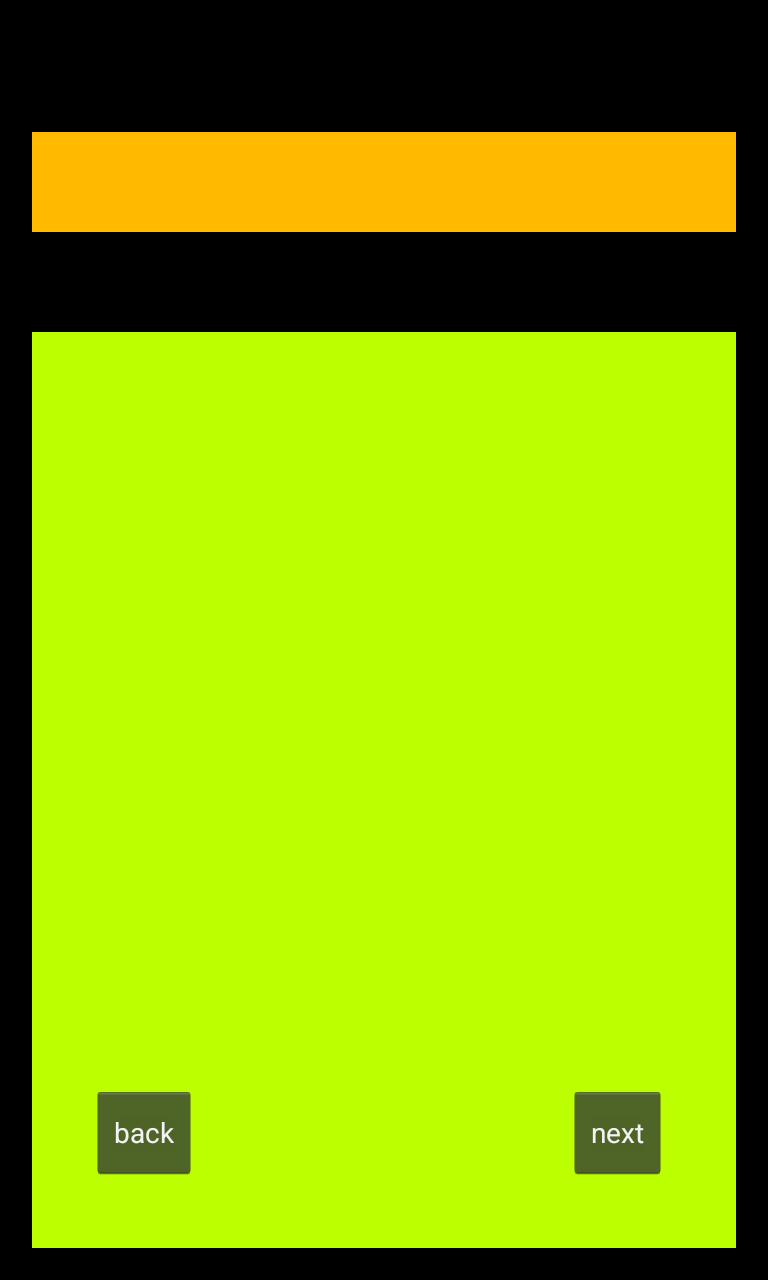
Repository: sbobhate/Android-Applications
Layout: Orient/res/layout/activity_instructions.xml
The author's editor kept a copy of each file at every save. The layout is drawn from the files as they stood at one save, then again after a run of saves.
It is drawn on a 768 x 1280 px phone screen (xhdpi) without system bars, with theme AppTheme; the app's code is not run.

Above is the layout before, as saved 2014-02-19 13:27:29.

### Orient/res/layout/activity_instructions.xml
<RelativeLayout xmlns:android="http://schemas.android.com/apk/res/android"
    xmlns:tools="http://schemas.android.com/tools"
    android:layout_width="match_parent"
    android:layout_height="match_parent"
    android:paddingBottom="@dimen/activity_vertical_margin"
    android:paddingLeft="@dimen/activity_horizontal_margin"
    android:paddingRight="@dimen/activity_horizontal_margin"
    android:paddingTop="@dimen/activity_vertical_margin"
    tools:context=".Instructions"
    android:id="@+id/main_layout" >

    <!-- <fragment
        android:id="@+id/fragment1"
        android:layout_width="wrap_content"
        android:layout_height="wrap_content"
        android:name="com.example.orient.Fragment1"
        />	-->

    <TextView
        android:id="@+id/textView1"
        android:layout_width="match_parent"
        android:layout_height="50dp"
        android:layout_alignParentTop="true"
        android:layout_centerHorizontal="true"
        android:layout_marginTop="50dp"
        android:textAppearance="?android:attr/textAppearanceLarge"
        android:background="#FFBB00"
        android:layout_gravity="center_horizontal"
        android:textColor="#000000"
        />

    <TextView
        android:id="@+id/textView2"
        android:layout_width="match_parent"
        android:layout_height="fill_parent"
        android:layout_centerHorizontal="true"
        android:layout_below="@+id/textView1"
        android:layout_marginTop="50dp"
        android:textAppearance="?android:attr/textAppearanceLarge"
        android:background="#BBFF00"
        android:textColor="#000000"
        />

    <Button
        android:id="@+id/button1"
        style="?android:attr/buttonStyleSmall"
        android:layout_width="wrap_content"
        android:layout_height="wrap_content"
        android:layout_alignParentBottom="true"
        android:layout_alignParentLeft="true"
        android:layout_marginBottom="34dp"
        android:layout_marginLeft="29dp"
        android:text="back"
        android:onClick="decrease" />

    <Button
        android:id="@+id/button2"
        style="?android:attr/buttonStyleSmall"
        android:layout_width="wrap_content"
        android:layout_height="wrap_content"
        android:layout_alignBaseline="@+id/button1"
        android:layout_alignBottom="@+id/button1"
        android:layout_alignParentRight="true"
        android:layout_marginRight="34dp"
        android:text="next"
        android:onClick="increase" />

</RelativeLayout>

Loaded but not shown: Orient/res/values/styles.xml (common file); Orient/res/values-v11/styles.xml (common file); Orient/res/values-v14/styles.xml (common file); Orient/res/values/dimens.xml (common file)

After the next 2 saves:
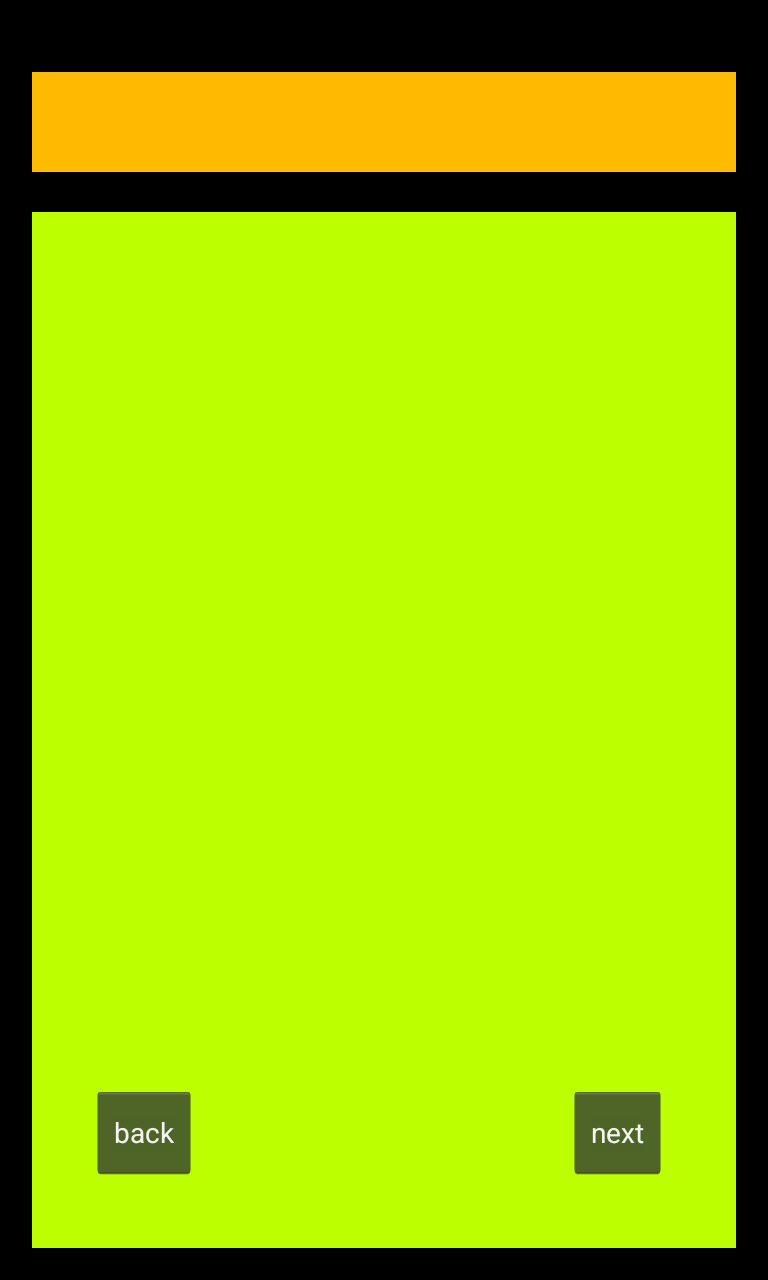
The 2 saves are shown as one change because they came seconds apart.
The last was saved 45 s later.
--- a/Orient/res/layout/activity_instructions.xml
+++ b/Orient/res/layout/activity_instructions.xml
@@ -22,7 +22,7 @@
         android:layout_height="50dp"
         android:layout_alignParentTop="true"
         android:layout_centerHorizontal="true"
-        android:layout_marginTop="50dp"
+        android:layout_marginTop="20dp"
         android:textAppearance="?android:attr/textAppearanceLarge"
         android:background="#FFBB00"
         android:layout_gravity="center_horizontal"
@@ -35,7 +35,7 @@
         android:layout_height="fill_parent"
         android:layout_centerHorizontal="true"
         android:layout_below="@+id/textView1"
-        android:layout_marginTop="50dp"
+        android:layout_marginTop="20dp"
         android:textAppearance="?android:attr/textAppearanceLarge"
         android:background="#BBFF00"
         android:textColor="#000000"
